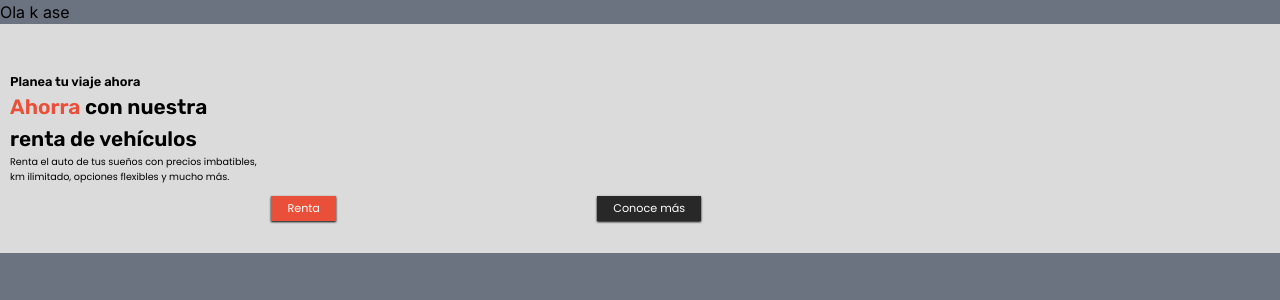
Repository: aldovelacasas/PF_RentCar2
Page: /homePage
The author's editor kept a copy of each file at every save. The page is drawn from the files as they stood at one save, then again after the next save.
The browser window is 1280 px wide. The pictures show the whole page.
The project was rebuilt for these pictures with package versions that can differ from the ones it lists, and the page was loaded fresh each time. The framework's server and built-in components were replaced by stand-ins that run in the browser. Also part of the build but not shown: next.config.js.

Above is the page before, as saved 2023-08-29 19:25:05.

After the next save:
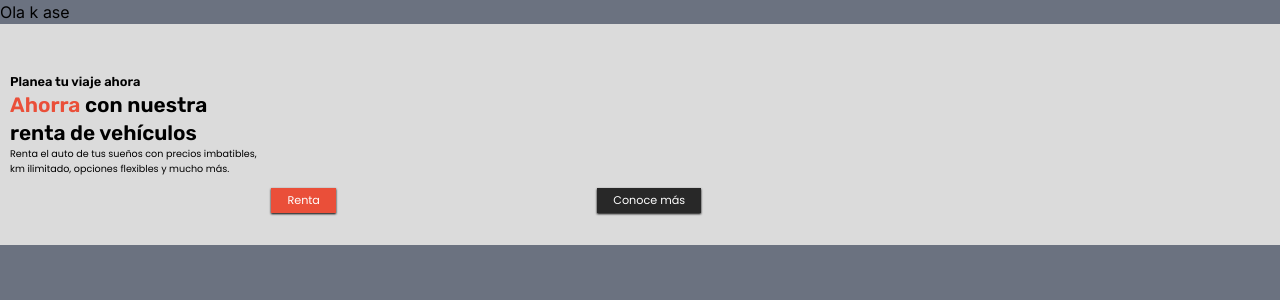
Saved 5 s later.
--- a/src/app/homePage/page.jsx
+++ b/src/app/homePage/page.jsx
@@ -16,11 +16,11 @@ function HomePage() {
   return (
     <div className={`bg-gris_fondo ${rubik} space-y-0 space-x-2.5`}>
       <p className={`pt-12 ml-2.5 text-[0.8em]`}>Planea tu viaje ahora</p>
-      <p className="text-[1.3em] mb-0 pb-0 leading-8">
+      <p className="text-[1.3em] mb-0 pb-0 leading-7">
         <span className="text-naranja_enf mb-0 pb-0">Ahorra </span>
         con nuestra
       </p>
-      <p className="text-[1.3em] mt-0 pt-0 leading-8">renta de vehículos</p>
+      <p className="text-[1.3em] mt-0 pt-0 leading-7">renta de vehículos</p>
       <div>
         <p className={`${poppins} text-[0.6em]`}>
           Renta el auto de tus sueños con precios imbatibles,
